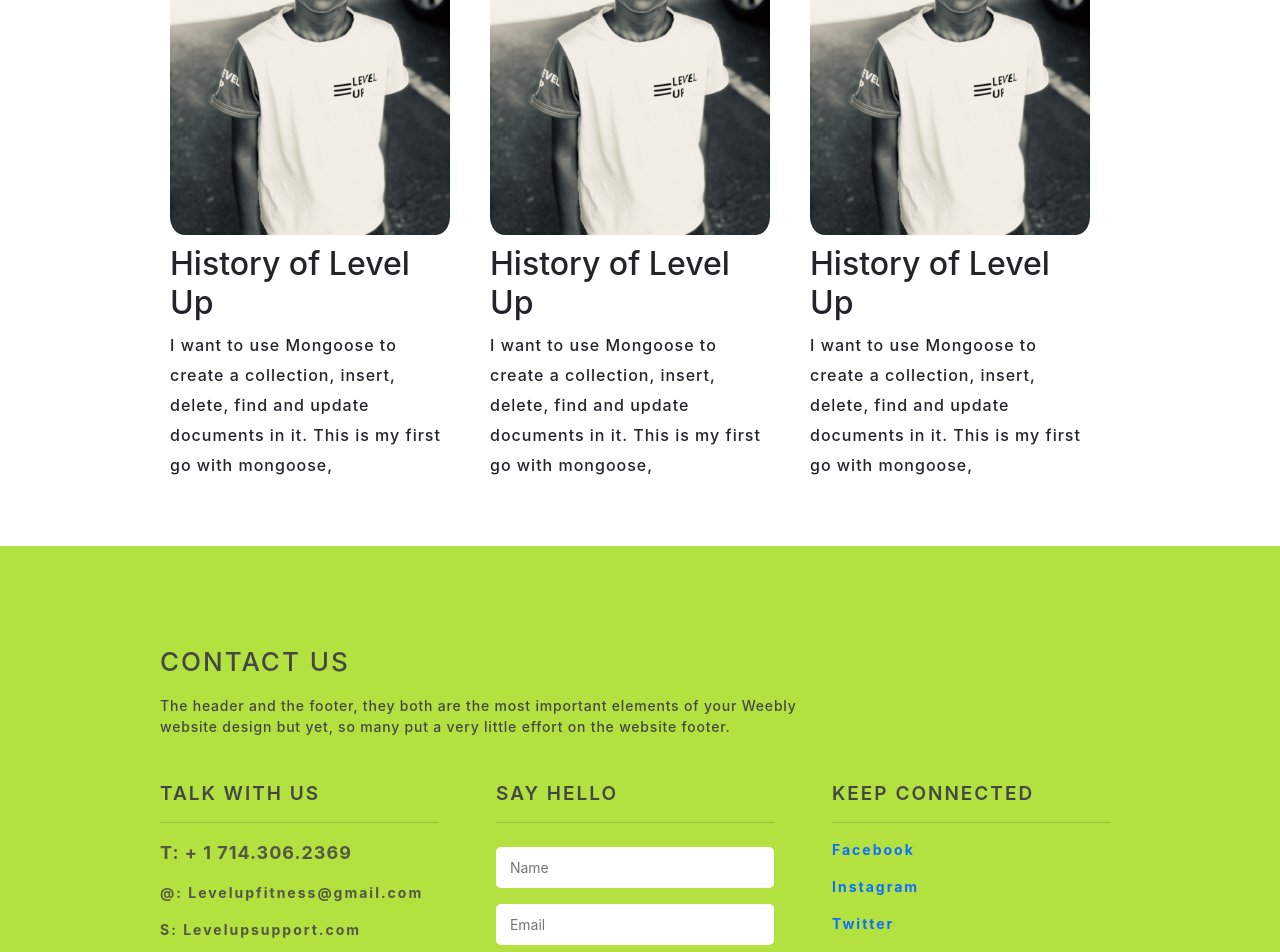
Repository: Bojurie/Level-up
Page: /about (app in client/)
These files come from the project's save history. The page is drawn as it stood at one moment and after the next save; the edit follows.
The browser window is 1280 px wide. The pictures show the part of the page from y = 618 to 1570 px (the page is 1921 px tall before and 1935 px after).
Some web fonts or font styles are not loaded; a fallback is used. Some web libraries are served in a nearby version. The project was rebuilt for these pictures with package versions that can differ from the ones it lists, and the page was loaded fresh each time. Also part of the build but not shown: client/src/components/Carousel.js, client/src/components/HomeVlog.css, client/src/components/HomeVlog.js, client/src/components/homeProducts.css, client/src/components/HomeProducts.js, client/src/components/Card.js, client/src/components/HomeShop.css, client/src/components/HomeShop.js and 10 more. Imported but missing from the stored project, and not drawn on this page: client/src/components/Chart.

Above is the page before, as saved 2022-11-30 16:08:59.

### client/public/index.html
<!DOCTYPE html>
<html lang="en">
  <head>
    <meta charset="utf-8" />
    <link rel="icon" href="%PUBLIC_URL%/favicon.ico" />
    <meta name="viewport" content="width=device-width, initial-scale=1" />
    <meta name="theme-color" content="#000000" />
    <meta
      name="description"
      content="Web site created using create-react-app"
    />
    <link rel="apple-touch-icon" href="%PUBLIC_URL%/logo192.png" />
    <link rel="manifest" href="%PUBLIC_URL%/manifest.json" />

    <link rel="preconnect" href="https://fonts.googleapis.com" />
    <link rel="preconnect" href="https://fonts.gstatic.com" crossorigin />
    <link
      href="https://fonts.googleapis.com/css2?family=Asap+Condensed:ital,wght@0,400;0,500;1,400&family=Chivo:wght@300;400&family=Jura:wght@300;400;500;600;700&family=Lato:ital,wght@0,400;0,700;1,400&family=Nunito+Sans:wght@400;600&family=Oswald:wght@300;500;700&family=Playball&family=Roboto:ital,wght@0,400;0,500;1,500&family=Wallpoet&display=swap"
      rel="stylesheet"
    />

    <link
      rel="stylesheet"
      href="https://cdn.jsdelivr.net/npm/bootstrap@5.1.3/dist/css/bootstrap.min.css"
      integrity="sha384-1BmE4kWBq78iYhFldvKuhfTAU6auU8tT94WrHftjDbrCEXSU1oBoqyl2QvZ6jIW3"
      crossorigin="anonymous"
    />
    <script
      src="https://kit.fontawesome.com/5ffdb52964.js"
      crossorigin="anonymous"
    ></script>
    <title>React App</title>
    <script
      src="https://kit.fontawesome.com/5ffdb52964.js"
      crossorigin="anonymous"
    ></script>
  </head>
  <body>
    <noscript>You need to enable JavaScript to run this app.</noscript>
    <div id="root"></div>
    <!--
      This HTML file is a template.
      If you open it directly in the browser, you will see an empty page.

      You can add webfonts, meta tags, or analytics to this file.
      The build step will place the bundled scripts into the <body> tag.

      To begin the development, run `npm start` or `yarn start`.
      To create a production bundle, use `npm run build` or `yarn build`.
    -->
  </body>
</html>

### client/src/App.js
import React from 'react';
// import { BrowserRouter as Router, Route, Routes } from 'react-router-dom';
import { BrowserRouter as Router, Route, Routes} from 'react-router-dom'


import Home from './pages/Home';
import About from './pages/About';
import Shop from './pages/Shop';
import Contact from './pages/Contact';
import Navbar from './components/Navbar';
import Footer from './components/Footer';
import LogIn from './pages/LogIn';
import Register from './pages/Register';
import Chart from './components/Chart';
import Vlog from './pages/Vlog';

import {DataProvider} from './components/Context'


function App() {

  return (
        <Router>
          <DataProvider>
          <Navbar />
          <Routes>
              <Route path='/' element={<Home />} />
              <Route path='/about' element={<About />} />
              <Route path='/contact' element={<Contact />} />
              <Route path='/shop' element={<Shop />} />
              <Route path='/vlog' element={<Vlog />} />
              <Route path='/login' element={<LogIn/>} />
              <Route path='/register' element={<Register />} />
              <Route path='/chart' element={<Chart/>} />
          </Routes>
          <Footer />
          </DataProvider>
        </Router>
  );
}

export default App;

### client/src/pages/About.js
import React from 'react';
import './About.css';

import DarkImage from '../images/IMG_5367.jpg'
import { FormTitle } from '../components/FormTitle';
const imgse = DarkImage;

const About = () => {

  return (
    <div className='about'>
    <FormTitle className="sign-in-form__title" />
      <div className=''>
          <div className='aboutContainer'>
            <h1> Who Are We </h1>
            <div className='aboutContent'>
              <div className='aboutParagraph'>
                <div className='AboutUs-content'>
                    <div className='AboutHistory'>
                        <div className='history-img'>
                            <img src={imgse} alt='img'/>
                        </div>
                        <div className='history-content'>
                          <h2>History of Level Up</h2>
                          <p>I want to use Mongoose to create a collection, insert, delete, find and update documents in it. This is my first go with mongoose,</p>
                        </div>
                    </div>
                    <div className='AboutGoal'>
                        <div className='history-img'>
                            <img src={imgse} alt='img'/>
                        </div>
                        <div className='history-content'>
                          <h2>History of Level Up</h2>
                          <p>I want to use Mongoose to create a collection, insert, delete, find and update documents in it. This is my first go with mongoose,</p>
                        </div>
                    </div>
                    <div className='Aboutproduct'>
                        <div className='history-img'>
                            <img src={imgse} alt='img'/>
                        </div>
                        <div className='history-content'>
                          <h2>History of Level Up</h2>
                          <p>I want to use Mongoose to create a collection, insert, delete, find and update documents in it. This is my first go with mongoose,</p>
                        </div>
                    </div>

                </div>



              </div>
            </div>
          </div>
      </div>
    </div>
  );
}

export default About;

### client/src/components/Navbar.js
import React from 'react';
import { Link } from 'react-router-dom';

import './Navbar.css'
import Logo from '../images/Logo.png'



const Navbar = () => {
  return (
    <nav className='navbar'>
      <div className='navbar-wrapper'>
        <Link to='/' className='logo'>
            <img src={Logo} alt='logo' />
        </Link>
        <ul className='navbar-links'>
            <Link to='/' >Home </Link>
            <Link to='/shop'> Shop</Link>
            <Link to='/Vlog'> V-Log</Link>
            <Link to='/about'> About</Link>
            <Link to='/contact'> Contact</Link>
            <Link to='/login'> Login </Link>
            <Link to='/register'>SignUp</Link>
            <Link to='/chart'><i class="fa-solid fa-cart-shopping"></i></Link>

        </ul>
      </div>

    </nav>
  );
}

export default Navbar;

### client/src/components/Footer.js
import React from 'react';
import { Link } from 'react-router-dom';
  import { FontAwesomeIcon } from '@fortawesome/react-fontawesome'
  import { instagram } from '@fortawesome/free-solid-svg-icons'

import './Footer.css';

const Footer = () => {
  return (
    <div className='footer'>
      <div className='footer-wrapper'>
        <div className='footer-header-wrapper'>
          <div className='footer-header'>
            <h1>Contact Us</h1>
          </div>
          <div className='footer-paragraph'>
            <p>The header and the footer, they both are the most important elements of your Weebly website design but yet, so many put a very little effort on the website footer.</p>
          </div>

        </div>
        <div className='footer-nav-content'>
            <div className='footer-navs-left'>
              <h3>Talk With Us</h3><hr/>
              <div className='footer-contact'>
                <div className='tel'>
                  <p>T: + 1 714.306.2369</p>
                </div>
                <div className='email'>
                  <p>@: Levelupfitness@gmail.com</p>
                </div>
                <div className='support'>
                  <p>S: Levelupsupport.com</p>
                </div>

              </div>

            </div>
            <div className='footer-navs-middle'>
                <h3>Say Hello</h3><hr/>
              <div className='footer-form'>

                  <form className='form'>
                    <input type='text' placeholder=' Name' />
                    <input type='text' placeholder=' Email' />
                    <input type='text' placeholder=' Telephone' />
                    <textarea placeholder='Message...' />
                  </form>
                  <div className='form-btn'>
                    <input type='submit' placeholder='' />
                  </div>

              </div>
            </div>
            <div className='footer-navs-right'>
              <h3>Keep Connected</h3><hr/>
              <div className='social-media'>
                <p><Link to='/'>Facebook</Link></p>
                <p><Link to='/'><FontAwesomeIcon icon="fa-brands fa-instagram" /> Instagram</Link></p>
                <p><Link to='/'>Twitter</Link></p>

              </div>

            </div>
        </div>


      </div>
    </div>
  );
}

export default Footer;

### client/src/components/Context.js
import React,{Component} from 'react';
export const DataContext = React.createContext();

export class DataProvider extends Component {
  constructor(props) {
    super(props)

    this.state = {
       products: [
         {
          "_id": "1",
          "title": "Level-Up Sweat Pant",
          "src": "https://images.unsplash.com/photo-1618354691373-d851c5c3a990?ixlib=rb-1.2.1&ixid=MnwxMjA3fDB8MHxwaG90by1wYWdlfHx8fGVufDB8fHx8&auto=format&fit=crop&w=658&q=80",
          "description": "Classic fit for running and outdoor activities.",
          "price": 39,
          "colors": ["red", "blue", "black"],
          "count": 2,
         },
         {
          "_id": "2",
          "title": "Kids Level-Up SweatPant",
          "src": "https://images.unsplash.com/flagged/photo-1555895312-bbc472c964f3?ixlib=rb-1.2.1&ixid=MnwxMjA3fDB8MHxwaG90by1wYWdlfHx8fGVufDB8fHx8&auto=format&fit=crop&w=388&q=80",
          "description": "Kids track sweatsuit for running or leisure activities",
          "price": 20,
          "colors": ["red", "blue", "black"],
          "count": 2,
         },
         {
          "_id": "3",
          "title": "Level Up Tank Top",
          "src": "https://images.unsplash.com/photo-1618354691373-d851c5c3a990?ixlib=rb-1.2.1&ixid=MnwxMjA3fDB8MHxwaG90by1wYWdlfHx8fGVufDB8fHx8&auto=format&fit=crop&w=658&q=80",
          "description": "description",
          "price": 20,
          "colors": ["red", "blue", "black"],
          "count": 2,
         },
         {
          "_id": "4",
          "title": "Level Up T-Shirt",
          "src": "https://images.unsplash.com/photo-1618354691373-d851c5c3a990?ixlib=rb-1.2.1&ixid=MnwxMjA3fDB8MHxwaG90by1wYWdlfHx8fGVufDB8fHx8&auto=format&fit=crop&w=658&q=80",
          "description": "description",
          "price": 20,
          "colors": ["red", "blue", "black"],
          "count": 2,
         },
         {
          "_id": "5",
          "title": "Level Up Sweater",
          "src": "https://images.unsplash.com/photo-1618354691373-d851c5c3a990?ixlib=rb-1.2.1&ixid=MnwxMjA3fDB8MHxwaG90by1wYWdlfHx8fGVufDB8fHx8&auto=format&fit=crop&w=658&q=80",
          "description": "description",
          "price": 20,
          "colors": ["red", "blue", "black"],
          "count": 2,
         },
         {
          "_id": "6",
          "title": "Level Up Embroidery Shirt",
          "src": "https://images.unsplash.com/photo-1618354691373-d851c5c3a990?ixlib=rb-1.2.1&ixid=MnwxMjA3fDB8MHxwaG90by1wYWdlfHx8fGVufDB8fHx8&auto=format&fit=crop&w=658&q=80",
          "description": "description",
          "price": 20,
          "colors": ["red", "blue", "black"],
          "count": 2,
         },
       ]
    }
  }

  render(){
    const {products} = this.state;
    return(
      <DataContext.Provider value={{products}}>
        {this.props.children}
      </DataContext.Provider>
    )
  }
}
export default DataProvider;

### client/src/pages/About.css
.aboutContainer h1 {
  padding: 20px 0 50px 0;
  text-transform: uppercase;
  font-weight: bold;
  letter-spacing: 2px;
}

.aboutContainer {
  padding: 40px 160px;
}

.aboutParagraph p {
  letter-spacing: 1px;
  line-height: 30px;
  font-weight: 500;
}

.aboutParagraph img {
  border-radius: 5%;
  float: left;
  margin: 0 30px 0 0;
}

.AboutUs-content {
  display: flex;
}

.AboutHistory,
.AboutGoal,
.Aboutproduct {
  display: grid;
    padding: 0 20px 0 0;
    margin: 0 auto;
    width: 300px;
}

.history-img {
}

.history-content {
  padding: 10px 0;
}
.history-content h1{
  font-size: 17px;
}

### client/src/components/FormTitle.js
import React from "react";
import './FormTitle.css';

export function FormTitle(props) {
  const { className, text } = props;
  return <h1 className={`${className} form-title`}>{text}</h1>;
}

### client/src/components/Navbar.css
.logo img {
  width: 250px;
}

.navbar {
  padding-top: 0;
  display: contents;
}

.navbar-wrapper {
  display: flex;
  /* justify-content: center; */
  align-items: center;
  height: 90px;
  background: #b3e140;
  padding: 0 50px;
  justify-content: space-between;
}

.navbar-links {
  margin-bottom: 0;
}

.navbar-links a {
  font-size: 14px;
  letter-spacing: 2px;
  font-weight: 700;
  text-transform: capitalize;
  margin: 0 10px;
  color: rgb(68, 72, 67);

}

a {
  list-style: none;
  text-decoration: none;
}

### client/src/components/Footer.css
.footer {
  background-color: #b3e140;
      font-size: 14px;
    letter-spacing: 2px;
    font-weight: 700;

    color: rgb(68, 72, 67);
}
.footer-header h1 {
 font-size: 26px;
 text-transform: uppercase;
 letter-spacing: 2px;
}

.footer-navs {
  text-decoration: none;
  list-style-type: none;

}
.footer-navs li{
  padding: 10px 0;
  letter-spacing: 1px;
  text-transform: uppercase;
  font-weight: 600;

}
.footer-wrapper {
  padding: 100px 160px;
}

.footer-contact {



}
.footer-nav-content p {
 color: #424141db;
}
.footer-contact > .tel p{
    font-size: 18px;
    letter-spacing: 1px;

}
.footer-contact > .email p{
    font-size: 14px;
    /* letter-spacing: 2px; */
}
.footer-contact > .support p{
    font-size: 14px;
    letter-spacing: 2px;
}
.footer-paragraph {
  width: 70%;
  letter-spacing: .8px;
  font-weight: 500;
  padding: 10px 0;
}
.footer-wrapper h3{
 text-transform: uppercase;
 letter-spacing: 2px;
 font-size: 19px;
 font-weight: 600;

}

.footer-nav-content {
  display: flex;
  justify-content: space-between;
}



.footer-navs-left,
.footer-navs-middle,
.footer-navs-right{

  padding: 20px 10px 0 0;
  border-radius: 10px;
}

.footer-form {
  background-color: none !important;
}

/* footer Left section */
.footer-navs-left {
  width: 30%;
}

/* footer Middle section */
.footer-navs-middle {
 width: 30%;
}

.form {
  display: grid;
}
.form input {
  padding: 10px ;
  margin: 8px 0;
  border-radius: 5px;
  border: none;
}
.form input:focus {
  border: none;
}

.form textarea {
   width: 100%;
  height: 150px;
  padding: 12px 20px;
  box-sizing: border-box;
  border: 2px solid #ccc;
  border-radius: 4px;
  background-color: #f8f8f8;
  font-size: 16px;
  resize: none;
}
.form input:active {

  border: 1px solid rgb(241, 234, 234);

}
.form-btn {

}
.form-btn input {
     padding: 5px 25px;
    margin: 5px 0;
    border-radius: 4px;
    background-color: #999999;
    border: 1px solid  #b3e140;
    color: #b3e140;
    letter-spacing: 1.1px;
    font-weight: 600;
    text-transform: uppercase;
}

.footer-navs-right {
  width: 30%;
}

### client/src/components/Carousel.css
 .d-block {
   width: 100%;
   /* object-fit: cover; */
   /* object-position: 50% 50%; */
   /* background-size: contain;
   background-repeat: no-repeat; */
 }


 img {

   max-width: 100%;
   max-height: 100%;
   object-fit: cover;
   background-repeat: no-repeat;
 }

 .carousel-item img {
   width: 1000px;
   height: 500px;
 }

 .carousel-caption {
   top: 50%;
 }

 .carousel {
   object-fit: contain;
 }

### client/src/components/FormTitle.css
.form-title {
  font-size: 3rem;
  font-weight: 700;
  line-height: 2rem;
  margin: auto 0;
  color: white;
  background-image: url('https://images.unsplash.com/photo-1581397867105-8c988bd747e6?ixlib=rb-4.0.3&ixid=MnwxMjA3fDB8MHxwaG90by1wYWdlfHx8fGVufDB8fHx8&auto=format&fit=crop&w=1170&q=80') ;
    background-repeat: no-repeat;
  background-position: center;
  background-size: cover;
  padding: 7rem 0 7rem 10rem;
  letter-spacing: 5px;
  text-transform: uppercase;
  display: flex;
  justify-content: flex-start;

}
.form-title h1{


}


.shopForm-title {
 font-size: 3rem;
  font-weight: 700;
  line-height: 2rem;
  letter-spacing: 5px;
  text-transform: uppercase;
  display: flex;
  margin: auto 0;
   background-image: url('https://images.unsplash.com/photo-1581397867105-8c988bd747e6?ixlib=rb-4.0.3&ixid=MnwxMjA3fDB8MHxwaG90by1wYWdlfHx8fGVufDB8fHx8&auto=format&fit=crop&w=1170&q=80') ;
    background-repeat: no-repeat;
  background-position: center;
  background-size: cover;

  padding: 7rem 0 7rem 10rem;
  justify-content: flex-start;

}
.FormTitleLogin-title {
  font-size: 3rem;
  font-weight: 700;
  line-height: 2rem;
  padding: 6rem 0;
  letter-spacing: 5px;
  text-transform: uppercase;
  display: flex;
  justify-content: center;
  margin: auto 0;
   background-image: url('https://images.unsplash.com/photo-1609770231080-e321deccc34c?ixlib=rb-4.0.3&ixid=MnwxMjA3fDB8MHxwaG90by1wYWdlfHx8fGVufDB8fHx8&auto=format&fit=crop&w=765&q=80') ;
    background-repeat: no-repeat;
  background-position: center;
  background-size: cover;

}
.ContactForm-title {
 /* font-size: 3rem;
  font-weight: 700;
  line-height: 2rem;
  text-transform: uppercase; */
  display: flex;
  margin: auto 0;
   background-image: url('https://images.unsplash.com/photo-1587560699334-bea93391dcef?ixlib=rb-4.0.3&ixid=MnwxMjA3fDB8MHxwaG90by1wYWdlfHx8fGVufDB8fHx8&auto=format&fit=crop&w=1170&q=80') ;
    background-repeat: no-repeat;

 padding: 7rem 0 7rem 10rem;
  letter-spacing: 5px;
  justify-content: flex-start;

}
.RegisterForm-title {
  font-size: 3rem;
  font-weight: 700;
  line-height: 2rem;
  padding: 6rem 0;
  letter-spacing: 5px;
  text-transform: uppercase;
  display: flex;
  justify-content: center;
  margin: auto 0;
   background-image: url('https://images.unsplash.com/photo-1563906267088-b029e7101114?ixlib=rb-4.0.3&ixid=MnwxMjA3fDB8MHxwaG90by1wYWdlfHx8fGVufDB8fHx8&auto=format&fit=crop&w=1170&q=80') ;
    background-repeat: no-repeat;
  /* background-position: bottom; */
  /* background-size: cover; */
    /* background-attachment: */


}
.VlogForm_title h1{


}
.VlogForm_title {
  /* font-size: 3rem;
  font-weight: 700;
  line-height: 2rem; */
  padding: 7rem 0 7rem 10rem;
  letter-spacing: 5px;
  text-transform: uppercase;
  display: flex;
  justify-content: flex-start;
  margin: auto 0;
   background-image: url('https://images.unsplash.com/photo-1440778303588-435521a205bc?ixlib=rb-4.0.3&ixid=MnwxMjA3fDB8MHxwaG90by1wYWdlfHx8fGVufDB8fHx8&auto=format&fit=crop&w=1470&q=80') ;
    background-repeat: no-repeat;
  background-position: center;
  background-size: cover;

}

@media screen and (max-width: 414px) {
  .form-title {
    padding: 4rem 1rem;

  }

}

### client/src/components/auth/LoginForm.css
.loginForm-wrapper {
  text-align: center;
    justify-content: center;
    width: 600px;
    margin: auto;
    padding: 90px 0;

}
.login-header {
  text-transform: uppercase;
  letter-spacing: 2px;
  font-weight: 600;
}


form {
  display: grid;
}

.loginForm-header {
  font-size: 20px;
}

.loging
form input {
  margin: 5px 0;
  padding: 10px;
  border-radius: 10px;
  border: 1px solid white;
  background-color: rgba(243, 247, 255, 0.715) !important;
}
form input:focus{
  border: 2px solid green;
}
form > .loginBtn > input{
  padding: 8px;
  width: 100%;
  background-color:#999999!important;
  color: #ccf368;
  font-weight: 700;
  border: none;
  margin:5px 0 ;
  font-size: 20px;
  letter-spacing: 3px;
}

### client/src/components/auth/registerForm.css

.registerForm-wrapper {
  text-align: center;
    justify-content: center;
    width: 600px;
    margin: auto;
    padding: 90px 0;

}
.login-header {
  text-transform: uppercase;
  letter-spacing: 2px;
  font-weight: 600;
}


form {
  display: grid;
}

.loginForm-header {
  font-size: 20px;
}

.register
form input {
  margin: 5px 0;
  padding: 10px;
  border-radius: 10px;
  border: 1px solid white;

}
form input:focus{
  border: 2px solid green;
}
form > .loginBtn > input{
  padding: 8px;
  width: 100%;
  background-color: #b3e140 !;
  border: none;
  margin:5px 0 ;
}

Loaded but not shown: client/src/index.js (common file); client/src/index.css (common file)

After the next save:
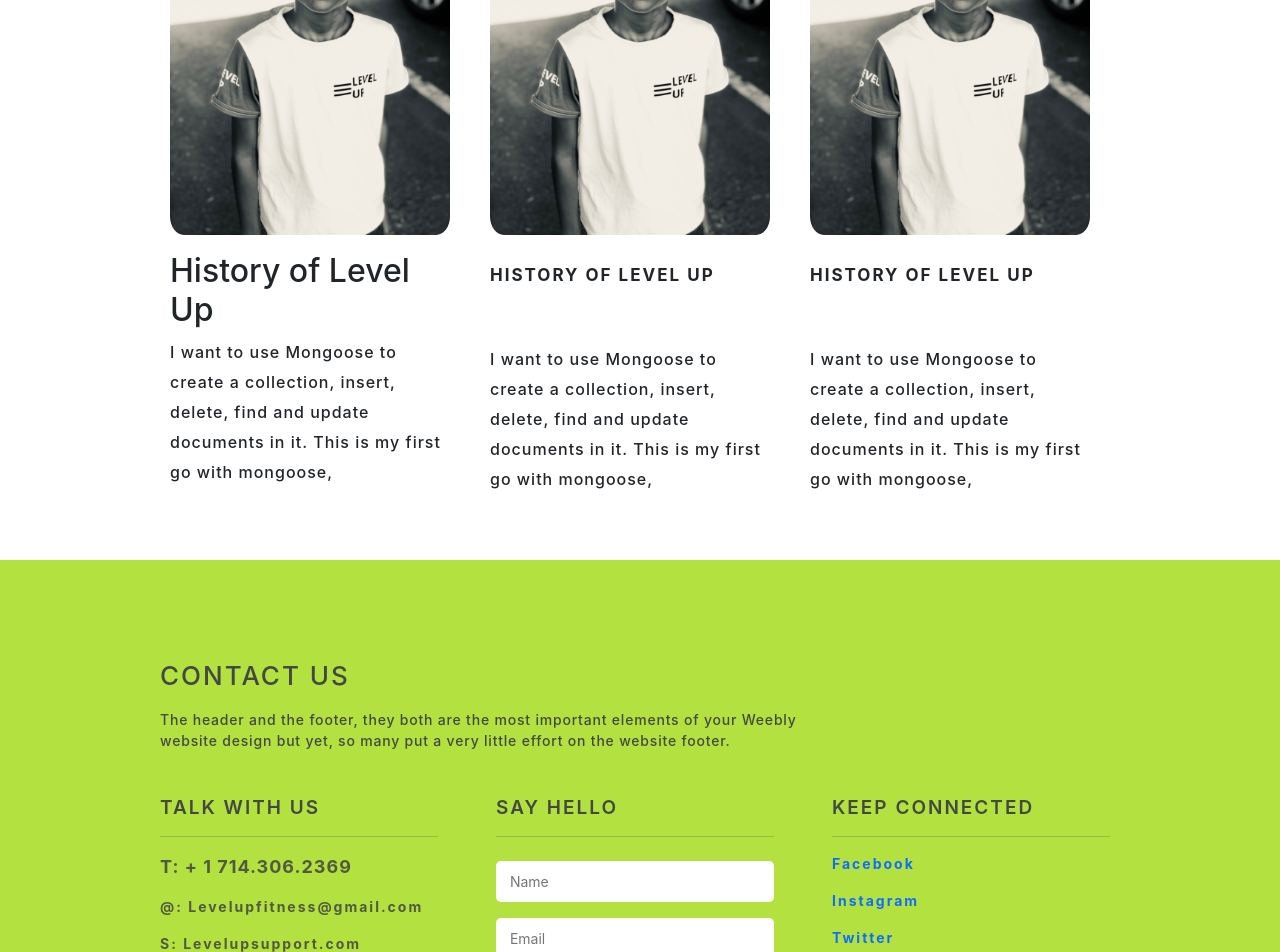
Saved 13 s later.
--- a/client/src/pages/About.js
+++ b/client/src/pages/About.js
@@ -30,7 +30,7 @@ const About = () => {
                             <img src={imgse} alt='img'/>
                         </div>
                         <div className='history-content'>
-                          <h2>History of Level Up</h2>
+                          <h1>History of Level Up</h1>
                           <p>I want to use Mongoose to create a collection, insert, delete, find and update documents in it. This is my first go with mongoose,</p>
                         </div>
                     </div>
@@ -39,7 +39,7 @@ const About = () => {
                             <img src={imgse} alt='img'/>
                         </div>
                         <div className='history-content'>
-                          <h2>History of Level Up</h2>
+                          <h1>History of Level Up</h1>
                           <p>I want to use Mongoose to create a collection, insert, delete, find and update documents in it. This is my first go with mongoose,</p>
                         </div>
                     </div>
